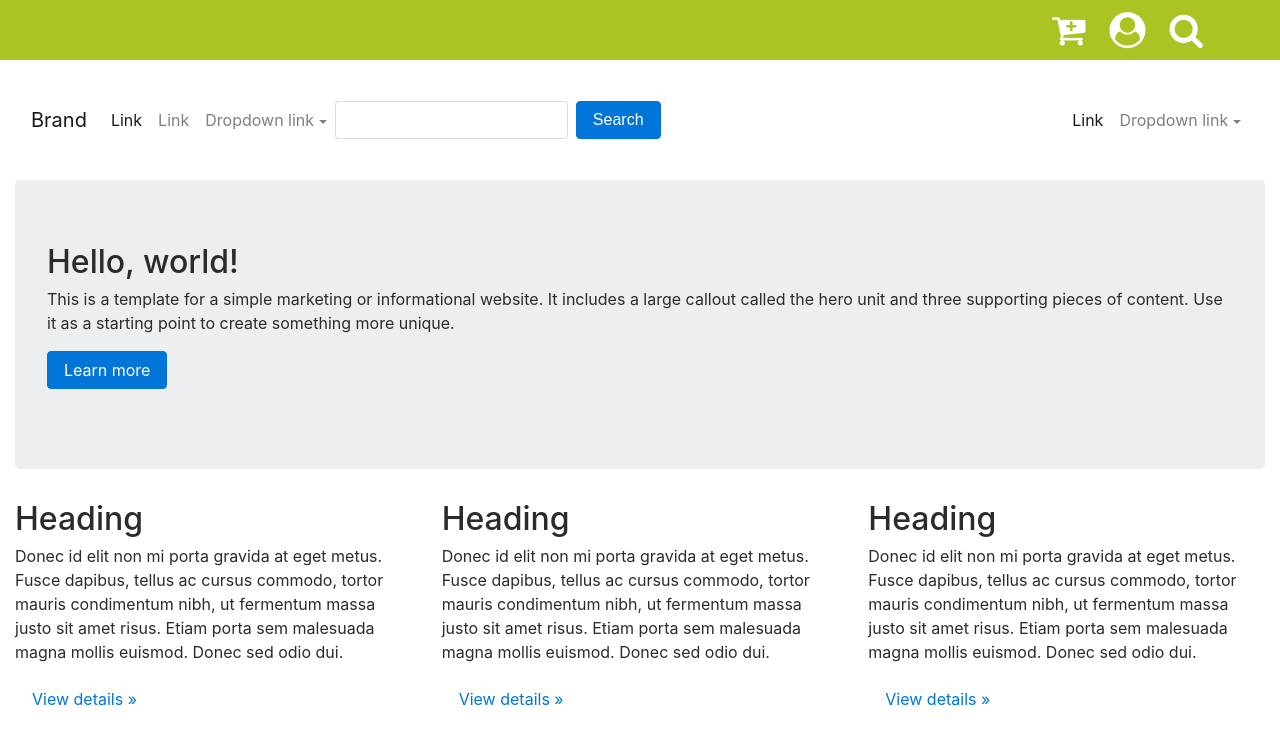
Repository: rajmohanr/mobile
Page: index.html
These files come from the project's save history. The page is drawn as it stood at one moment and after the next save; the edit follows.
The browser window is 1280 px wide. The pictures show the whole page.

Above is the page before, as saved 2018-03-31 11:32:54.
Console error (its wording comes from the project's code and is left out).

After the next save:
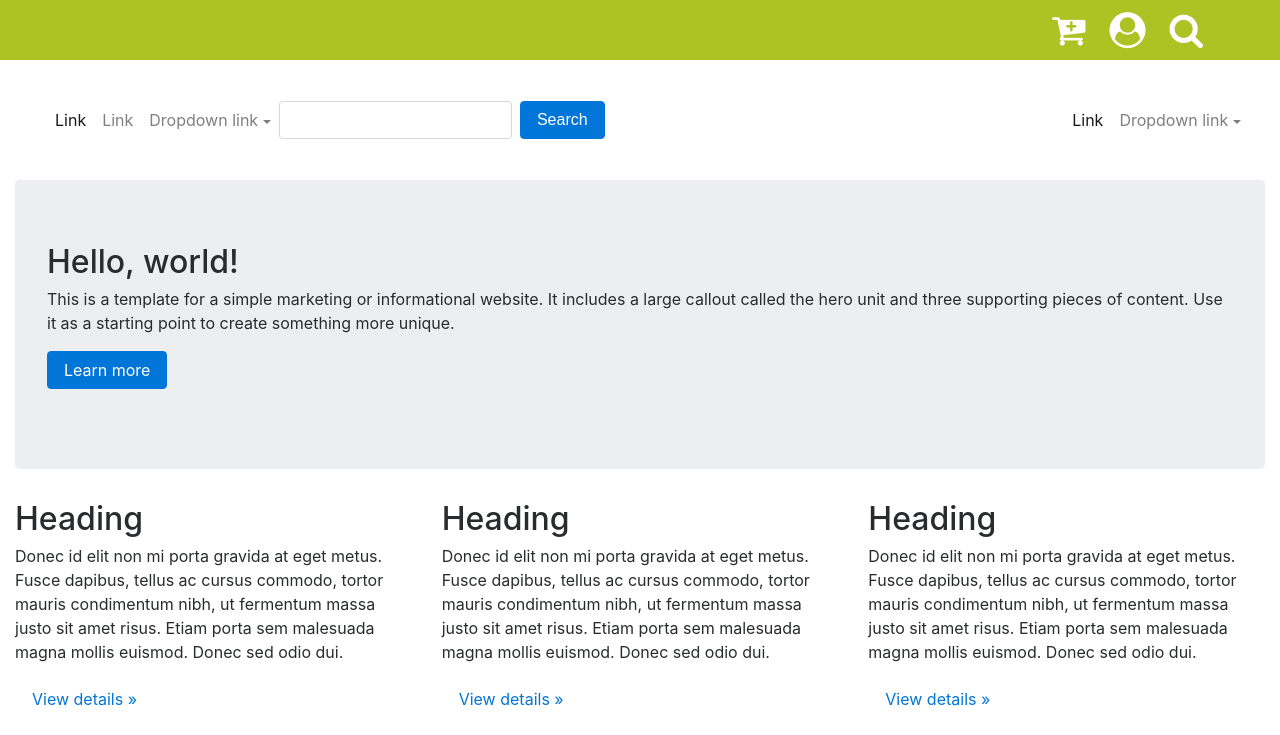
Saved 61 s later.
--- a/index.html
+++ b/index.html
@@ -31,7 +31,7 @@
 
 				<button class="navbar-toggler navbar-toggler-right" type="button" data-toggle="collapse" data-target="#bs-example-navbar-collapse-1">
 					<span class="navbar-toggler-icon"></span>
-				</button> <a class="navbar-brand" href="#">Brand</a>
+				</button> <a class="navbar-brand" href="#"><img src="" /></a>
 				<div class="collapse navbar-collapse" id="bs-example-navbar-collapse-1">
 					<ul class="navbar-nav">
 						<li class="nav-item active">
